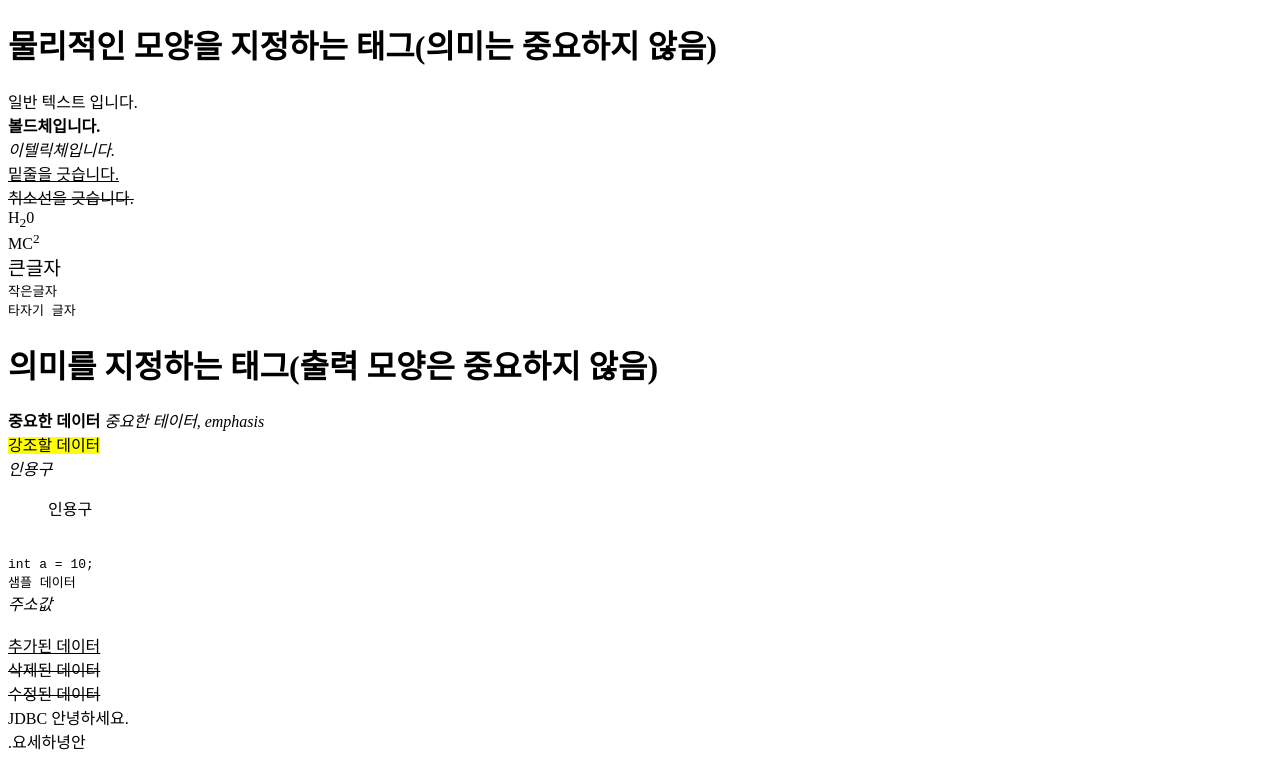
Repository: Chun0903/classStudy_github.io
Page: client/ClientTest/WebContent/ex09_style.html
An editor plug-in stored every save of this project. The page is shown before and after the next save, followed by the edit.
The browser window is 1280 px wide. The pictures show the whole page.

Above is the page before, as saved 2020-06-19 01:17:01.

After the next save:
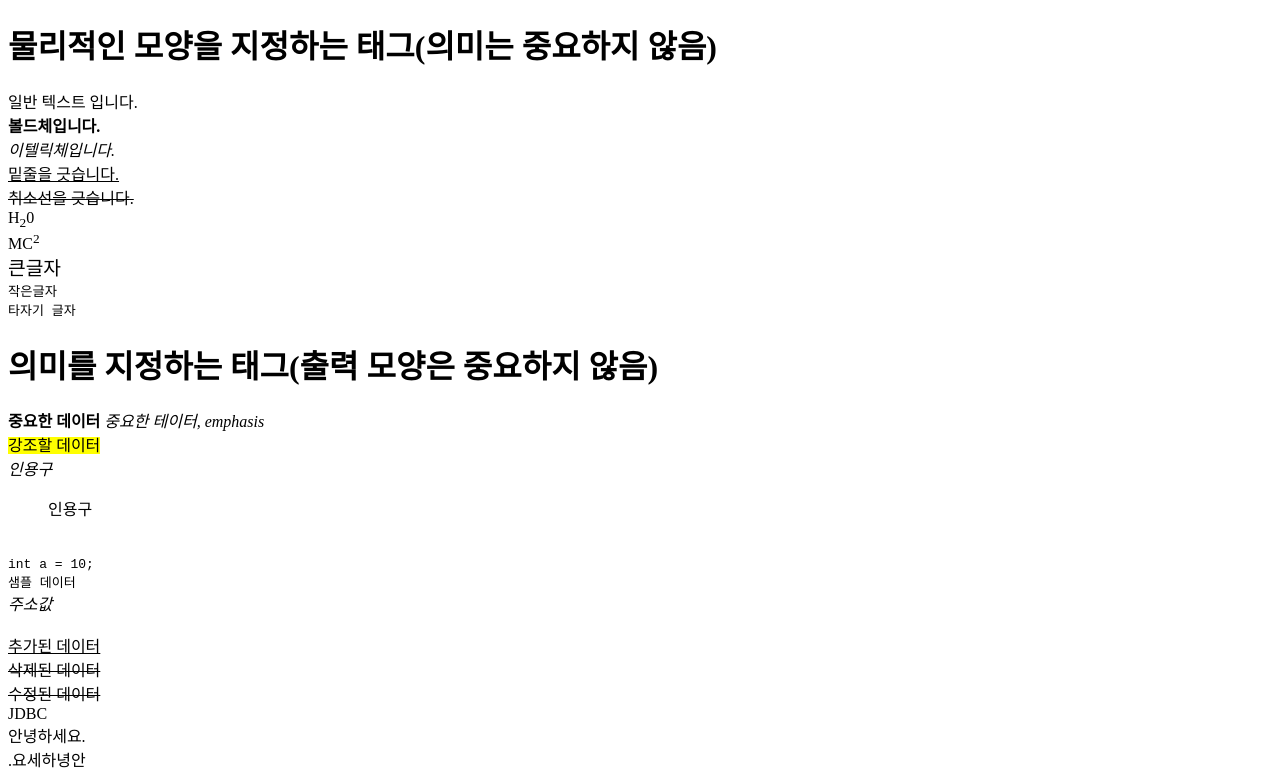
Saved 19 s later.
--- a/client/ClientTest/WebContent/ex09_style.html
+++ b/client/ClientTest/WebContent/ex09_style.html
@@ -33,7 +33,7 @@
 	<ins>추가된 데이터</ins><br>
 	<del>삭제된 데이터</del><br>
 	<s>수정된 데이터</s><br>
-	<abbr>JDBC</abbr>
+	<abbr>JDBC</abbr><br>
 
 	<!-- Bidirectional Override -->
 	<bdo dir="ltr">안녕하세요.</bdo><br>
